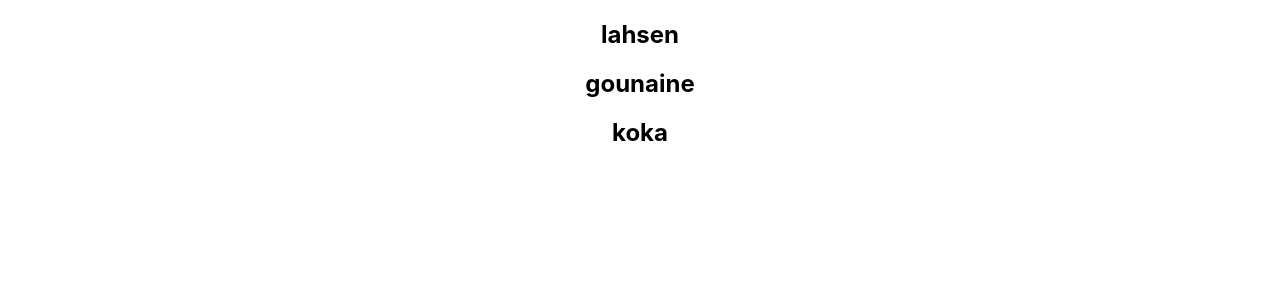
Repository: gounaine/Add_candidat
Page: /
An editor plug-in stored every save of this project. The page is shown before and after the next save, followed by the edit.
The browser window is 1280 px wide. The pictures show the whole page.
The project was rebuilt for these pictures with package versions that can differ from the ones it lists, and the page was loaded fresh each time.

Above is the page before, as saved 2024-05-26 19:27:26.

After the next save:
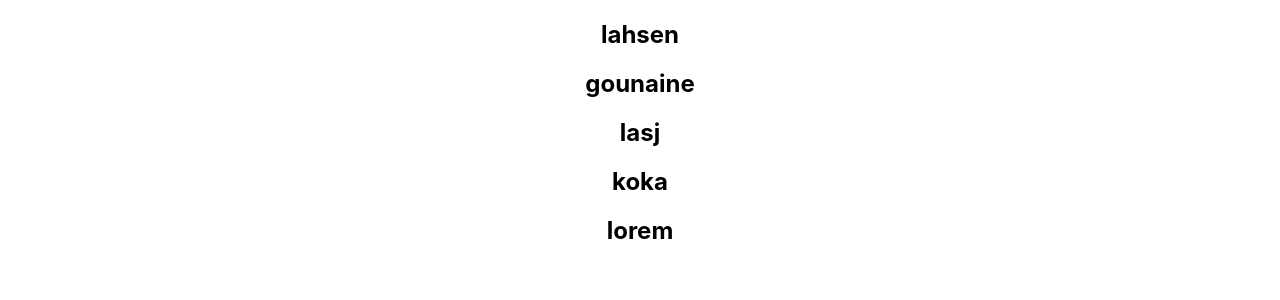
Saved 17 s later.
--- a/src/App.js
+++ b/src/App.js
@@ -1,4 +1,4 @@
-import { Children } from 'react';
+
 
 import './App.css';
 
@@ -7,7 +7,7 @@ function App(props) {
   return (
     <div className="App">
       <h2>{props.firstName}</h2>
-      <h2>{props.Children}</h2>
+      <h2>{props.children}</h2>
     </div>
   );
 }
